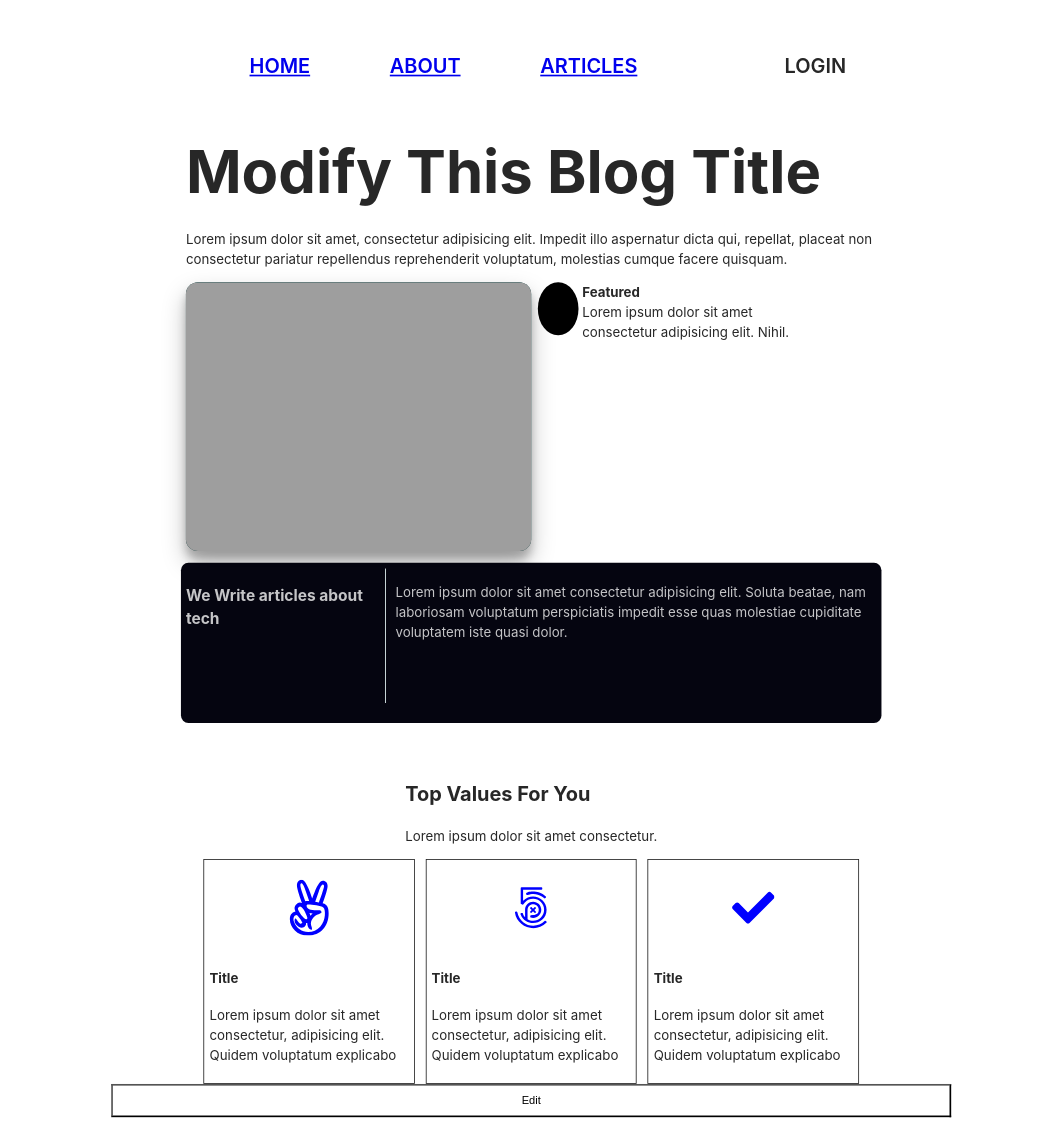
Repository: ValGrace/-static-site
Page: /home (app in client/)
An editor plug-in stored every save of this project. The page is shown before and after the next save, followed by the edit.
The browser window is 1280 px wide. The pictures show the whole page, at 83% of full size.
Pictures or frames that could not be fetched are drawn as grey boxes. The project was rebuilt for these pictures with package versions that can differ from the ones it lists, and the page was loaded fresh each time. Also part of the build but not shown: client/vite.config.js, client/src/Utils/appwrite.js, client/src/Components/Login.jsx, client/src/Components/Signup.jsx, client/src/Components/InfoPage.css, client/src/Pages/aboutPage.jsx, client/src/Pages/Articles.jsx.

Above is the page before, as saved 2023-02-13 13:40:31.

After the next save:
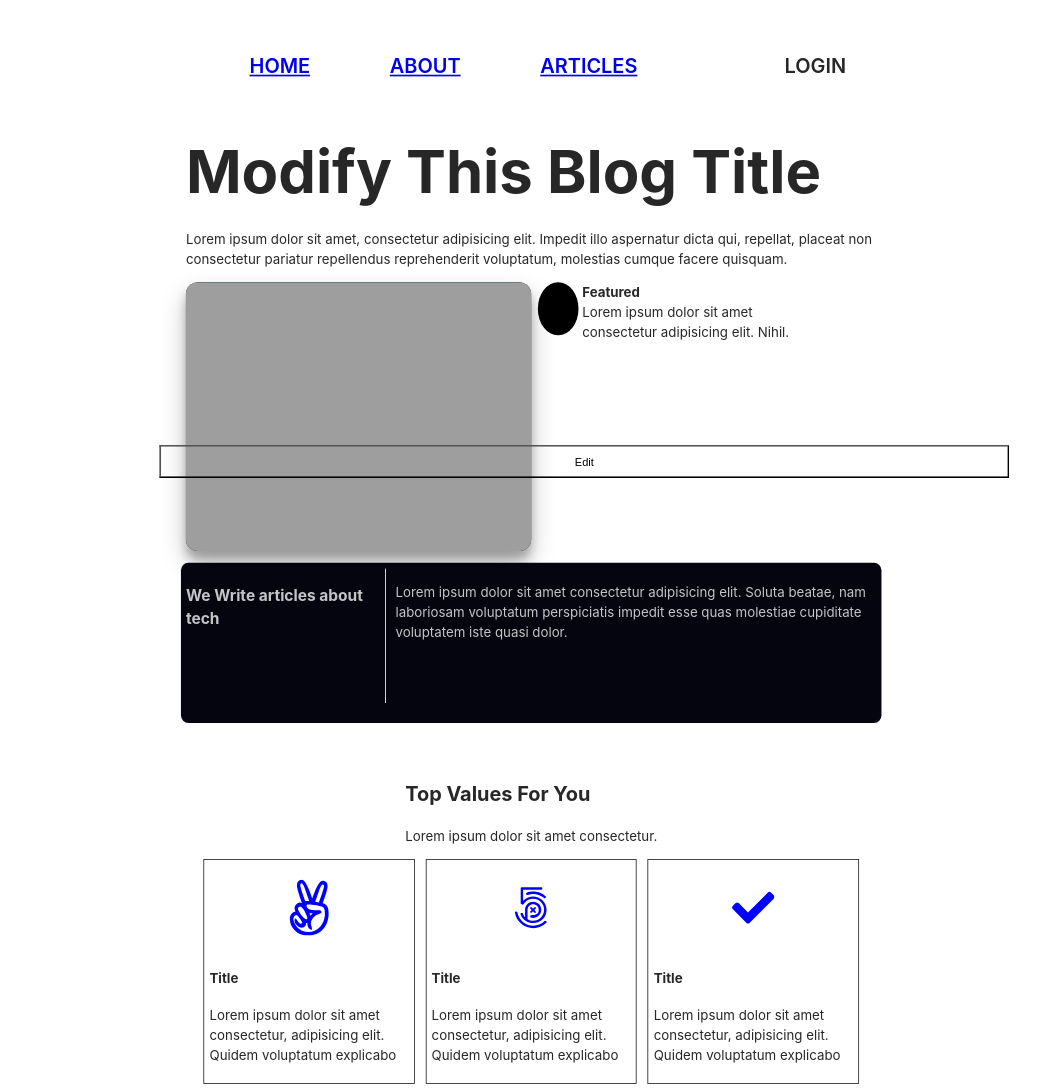
Saved 62 s later.
--- a/client/src/Components/Navbar.css
+++ b/client/src/Components/Navbar.css
@@ -72,6 +72,11 @@ nav > ul{
     margin: 0;
 }
 
+.btn-edit {
+    position: fixed;
+    right: 5%;
+    bottom: 20%;
+}
 .site-descr {
     width:65vw;
     background-color: rgba(1, 1, 12, 0.979);
